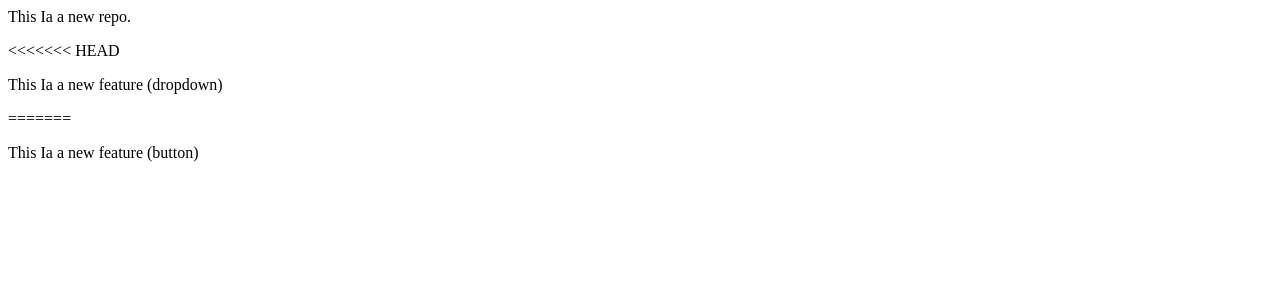
Repository: Jayesh5124/localRepo
Page: index.html
An editor plug-in stored every save of this project. The page is shown before and after the next save, followed by the edit.
The browser window is 1280 px wide. The pictures show the whole page.

Above is the page before, as saved 2024-06-09 17:57:01.

After the next save:
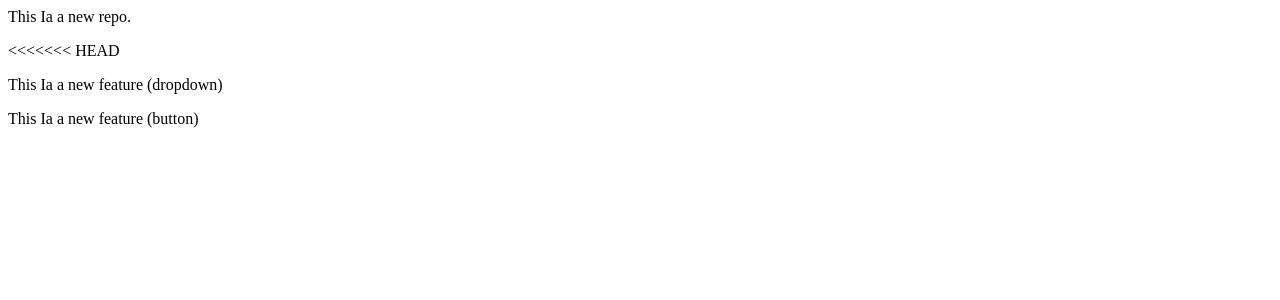
Saved 9 s later.
--- a/index.html
+++ b/index.html
@@ -1,5 +1,5 @@
 <p>This Ia a new repo.</p>
 <<<<<<< HEAD
 <p>This Ia a new feature (dropdown)</p>
-=======
+
 <p>This Ia a new feature (button) </p>
